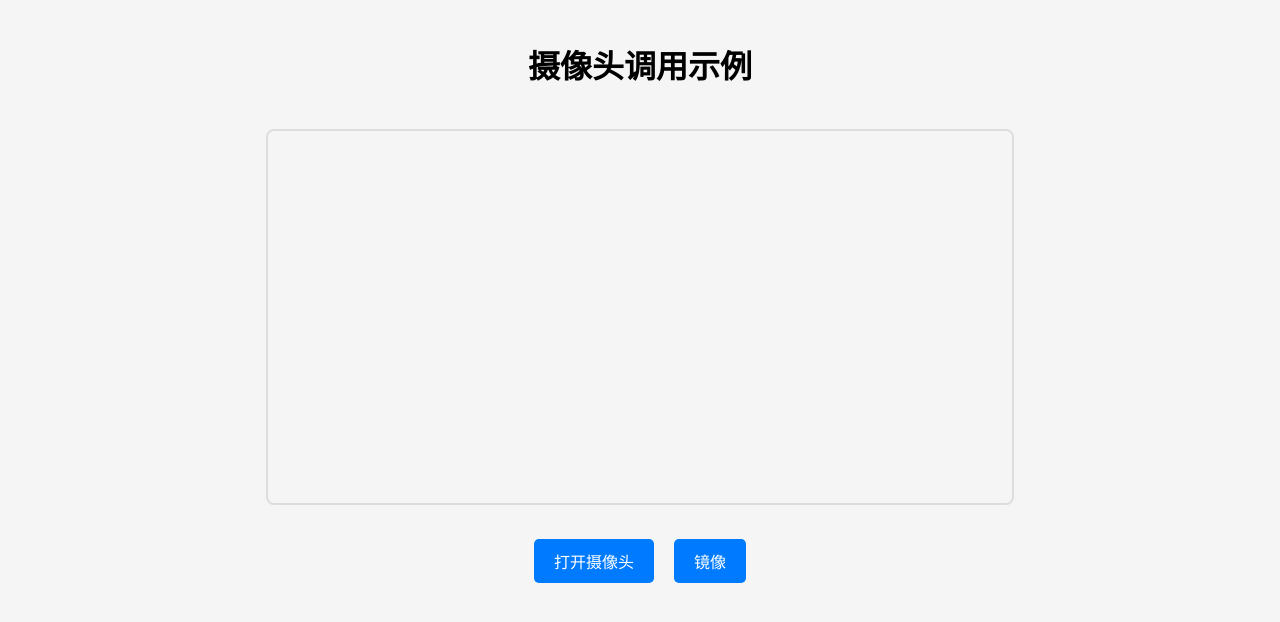
Repository: shasha333333/mirrorOnVue
Page: /
These files come from the project's save history. The page is drawn as it stood at one moment and after a run of saves; the edit follows.
The browser window is 1280 px wide. The pictures show the whole page.
The page's requests for data from a server got no answer. The project was rebuilt for these pictures with package versions that can differ from the ones it lists, and the page was loaded fresh each time. No one was signed in, and anything a server would have sent is missing. Also part of the build but not shown: vue.config.js.

Above is the page before, as saved 2024-11-18 19:45:59.

### src/App.vue
<template>
  <CameraApp />
</template>

<script>
import CameraApp from './components/CameraApp.vue';

export default {
  name: "App",
  components: {
    CameraApp,
  },
};
</script>

<style>
/* 全局样式可以根据需要调整 */
body {
  margin: 0;
  font-family: Arial, sans-serif;
  background-color: #f5f5f5;
}
</style>

### src/components/CameraApp.vue
<template>
  <div id="camera-app">
    <h1>摄像头调用示例</h1>
    <video
      ref="video"
      :class="{ mirrored: isMirrored }"
      autoplay
      width="60%"
      height="auto"
    ></video>
    <div class="controls">
      <button @click="startCamera">打开摄像头</button>
      <button @click="toggleMirror">镜像</button>
    </div>
  </div>
</template>

<script>
export default {
  name: "CameraApp",
  data() {
    return {
      stream: null,
      isMirrored: false, // 控制是否开启镜像
    };
  },
  methods: {
    async startCamera() {
      try {
        this.stream = await navigator.mediaDevices.getUserMedia({ video: true });
        this.$refs.video.srcObject = this.stream;
      } catch (error) {
        console.error("无法访问摄像头:", error);
        alert("请检查摄像头权限或设备状态。");
      }
    },

    toggleMirror() {
      this.isMirrored = !this.isMirrored; // 切换镜像状态
    },
  },
  beforeUnmount() {
    this.stopCamera();
  },
};
</script>

<style>
#camera-app {
  text-align: center;
  font-family: Arial, sans-serif;
  padding: 20px;
}
video {
  border: 2px solid #ddd;
  border-radius: 8px;
  margin: 20px 0;
}
.mirrored {
  transform: scaleX(-1); /* 实现镜像效果 */
}
button {
  margin: 10px;
  padding: 10px 20px;
  border: none;
  background-color: #007bff;
  color: white;
  font-size: 16px;
  border-radius: 5px;
  cursor: pointer;
}
button:hover {
  background-color: #0056b3;
}
</style>

Loaded but not shown: public/index.html (common file); src/main.js (common file)

After the next 2 saves:
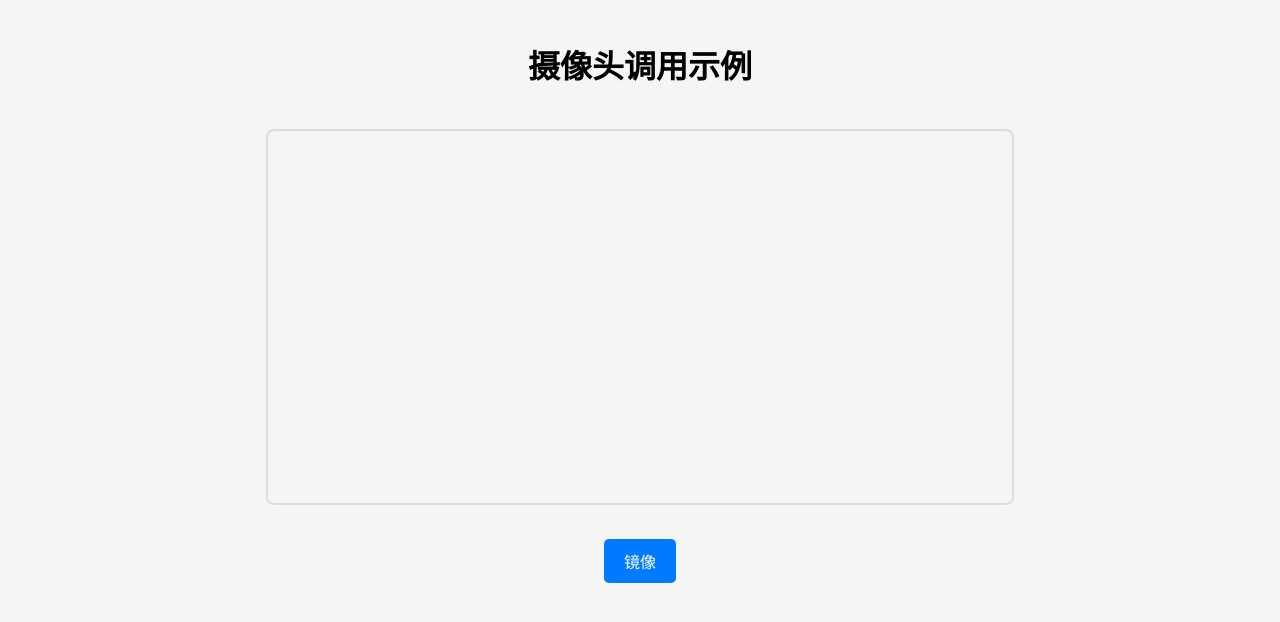
The 2 saves are shown as one change because 1 did not build or start.
The last was saved 75 s later.
--- a/src/components/CameraApp.vue
+++ b/src/components/CameraApp.vue
@@ -9,7 +9,6 @@
       height="auto"
     ></video>
     <div class="controls">
-      <button @click="startCamera">打开摄像头</button>
       <button @click="toggleMirror">镜像</button>
     </div>
   </div>
@@ -38,6 +37,9 @@ export default {
     toggleMirror() {
       this.isMirrored = !this.isMirrored; // 切换镜像状态
     },
+  },
+  mounted(){
+    this.startCamera();
   },
   beforeUnmount() {
     this.stopCamera();
